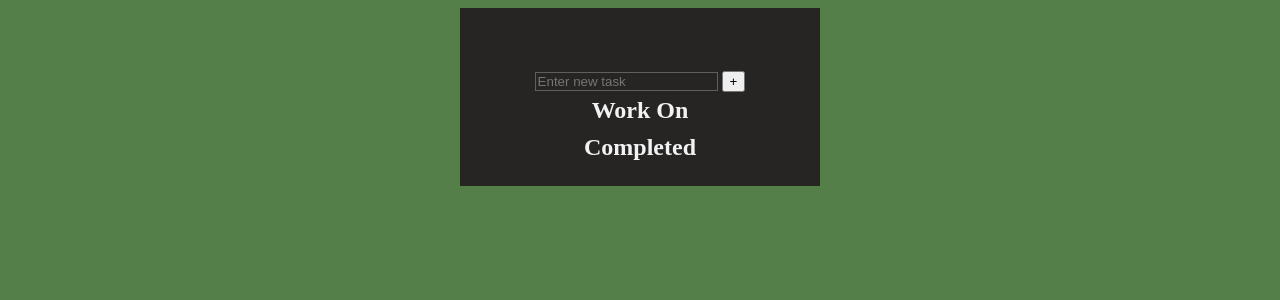
Repository: Kayla-amr/dgm_3760
Page: todoTemplate-W2/index.html
An editor plug-in stored every save of this project. The page is shown before and after the next save, followed by the edit.
The browser window is 1280 px wide. The pictures show the whole page.

Above is the page before, as saved 2022-10-17 17:22:51.
Console error: SyntaxError: Unexpected token ')'

### todoTemplate-W2/index.html
<!DOCTYPE html>
<html lang="en">

<head>
    <meta charset="UTF-8">
    <meta http-equiv="X-UA-Compatible" content="IE=edge">
    <meta name="viewport" content="width=device-width, initial-scale=1.0">
    <link rel="stylesheet" href="styles.css">
    <title>Basic Todo App</title>
</head>

<body>
    <main>
        <div class="taskForm">
            <h1 class="formTitle"></h1>
            <div>
                <input class="userInput" type="text" placeholder="Enter new task">
                <button class="addTask">+</button>
            </div>
            <h2>Work On</h2>
            <ul class='todoTasks'>
            </ul>
            <h2>Completed</h2>
            <ul class='completedTasks'>
            </ul>
    </main>

    </div>
</body>
<script src="/todoTemplate-W2/index.js"></script>

</html>

### todoTemplate-W2/styles.css
body{
    background-color: #557f49;
    color: #f2f2f2;
}
main{
    display: flex;
    justify-content: center;
}
h2{
    margin: 0;
    padding: 5px;
}
.taskForm{
    background-color: #262524;
    padding: 20px;
    width: 20rem;
    display: flex;
    flex-direction: column;
    align-items: center;
}

.todoTasks{
    margin: 0;
    padding: 0;
}
.completedTasks{
    margin: 0;
    padding: 0;
}
.userInput{
    background-color: #eaaf1900;
    border: 1px solid #808080a1;
    color: #f2f2f2;
}

### todoTemplate-W2/index.js
let myList = [
	{
		id: 0,
		name: 'Choose photography theme',
		category: 'Homework',
		due_date: 'Tomorrow',
		status: false
	},
	{
		id: 1,
		name: 'Organize music',
		category: 'Chores',
		due_date: 'Wednesday',
		status: true
	}
];

//app title
document.querySelector('.formTitle').innerText = 'Basic App Form';

//view todods


function displayTodos(todos) {
	//clear out any tasks (li elements) that are in the UL
	todoTaskUl.innerHTML = '';

	//for each todo in the array, add it to the container UL
	todos.forEach(function(myTask) {
    if (myTask.) {

    } else {

    }
		todoTaskUl.innerHTML += `<li data-todoId='${myTask.id}'> ${myTask.name} </li>`;
	});
}

//add todos

//store element object for the add task button
const addBtn = document.querySelector('.addTask')

addBtn.addEventListener('click', (event) => {
	addTask()
})

function addTask(){
  let userInput = document.querySelector('.userInput').value;
  const newTodoObj = {
	id: myList.length + 1,
	name: userInput,
	category: null,
	due_date: null,
	status: false
}

  myList.push(newTodoObj);

  displayTodos(myList)
}

// create a function to complete todos
function completeTask(){
	// function will take 1 parameter (input) an id of the todo to complete
	// find the todo to complete and then change the value of status in the todo object
		//use the .findIndex method to get the index
		//then edit the object directly using bracket notation
		//IE: myList[todoIDX].status
}


//create a function to delete todos
function deleteTask(){
	//much the same as the complete todo function
	//instead of editing the object, you will need to remove it from the array
}


//for complete and delete event listeners you will need to listen for events on the UL

//get a reference to the task container UL
const todoTaskUl = document.querySelector('.todoTasks');
const completedTaskUL = document.querySelector('.completedTasks');

todoTaskUl.addEventListener('click', (event) => {
	//get the id of the todo that the user clicked on.
	console.log(event.target.dataset.todoid)

	const clickedTodoId = event.target.dataset.todoid

	const todoIdx = myList.findIndex((todo) => todo.id == clickedTodoId)

	console.log(todoIdx)
	//flip the status value
	myList[todoIdx].status = !myList[todoIdx].status

	console.log(myList)

	displayTodos(myList)
})


//on page load, show the todos
displayTodos(myList)

After the next save:
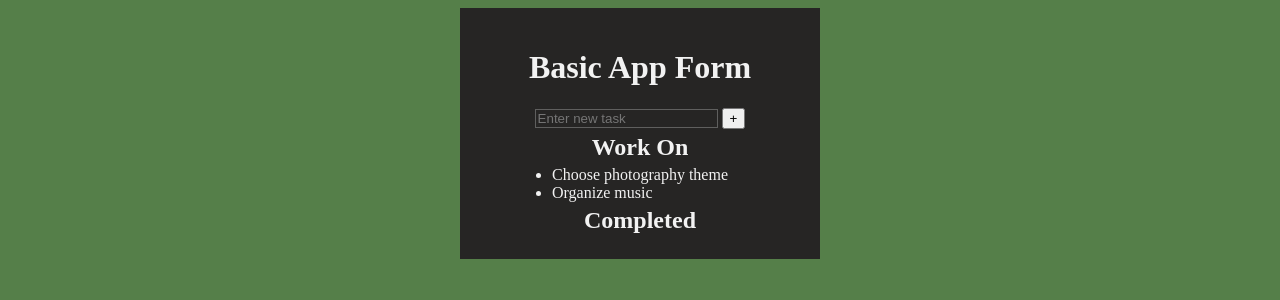
The error is gone.
Saved 4 s later.
--- a/todoTemplate-W2/index.js
+++ b/todoTemplate-W2/index.js
@@ -27,7 +27,7 @@ function displayTodos(todos) {
 
 	//for each todo in the array, add it to the container UL
 	todos.forEach(function(myTask) {
-    if (myTask.) {
+    if (myTask.status ) {
 
     } else {
 
